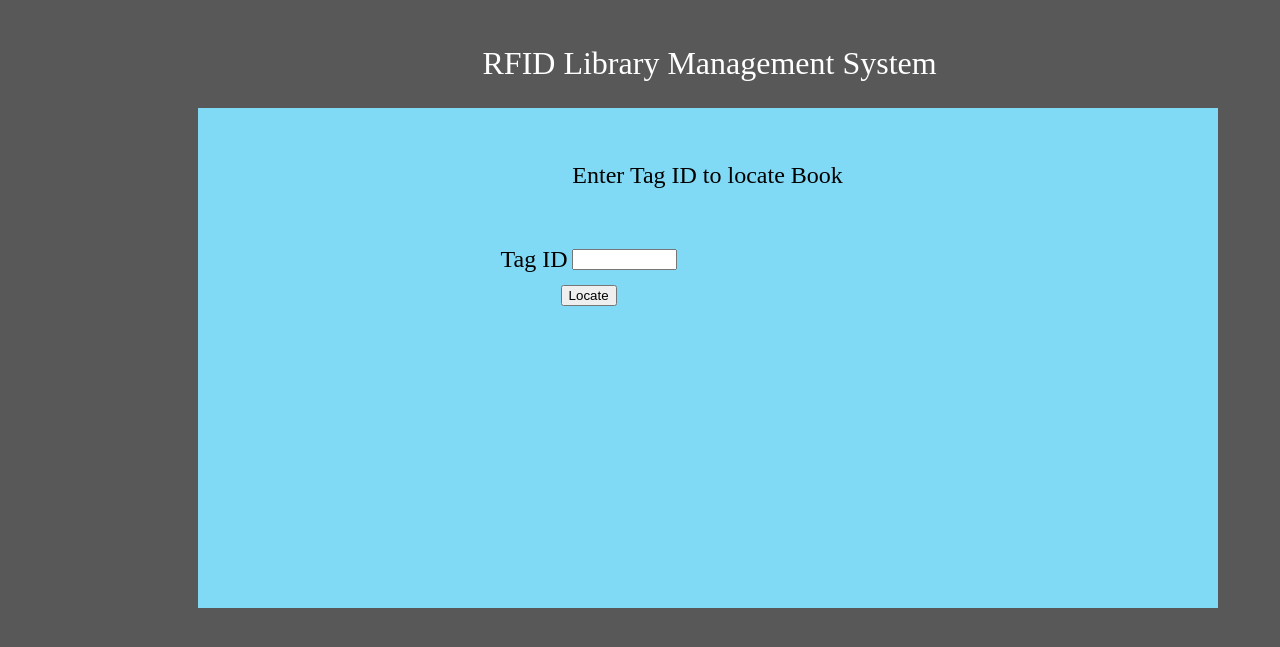
Repository: vigineshs/A-Smart-Data-Analyzer-for-Library-Management-System
Page: http://localhost/librarymgmt/locate.jsp
These files come from the project's save history. The page is drawn as it stood at one moment and after the next save; the edit follows.
The browser window is 1280 px wide. The pictures show the whole page.
The page is served by Tomcat 9.

Above is the page before, as saved 2013-02-10 12:12:26.

After the next save:
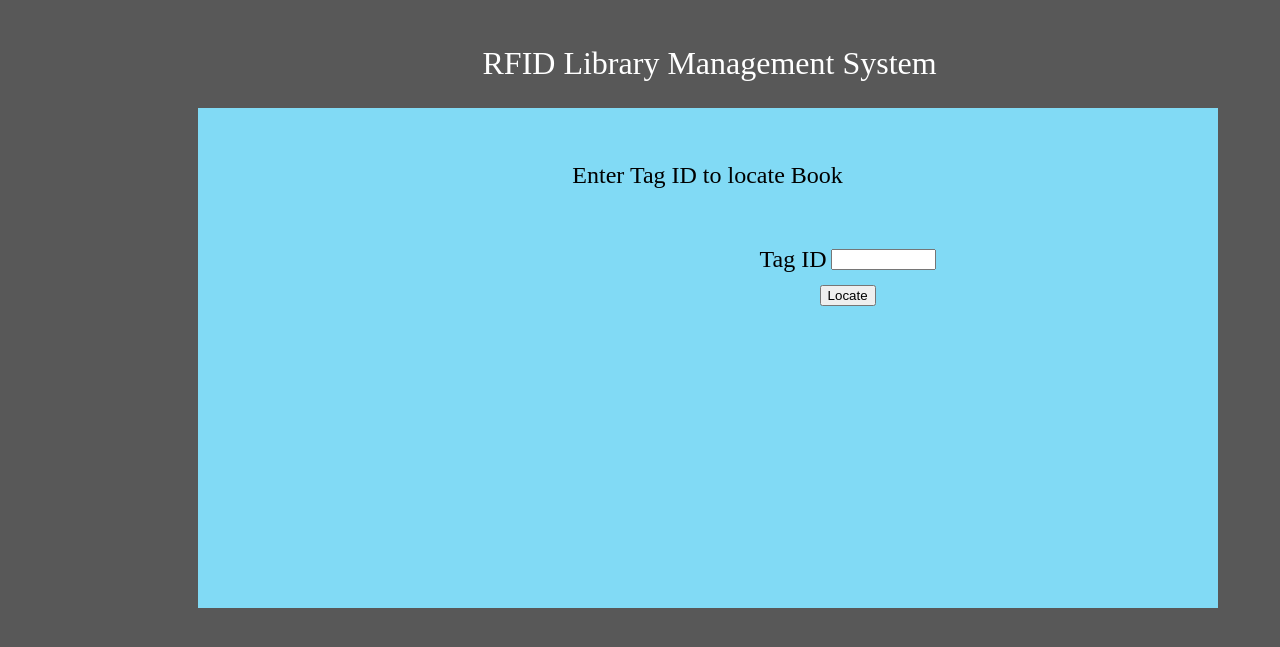
Saved 68 s later.
--- a/PassiveRFID/CS203-Version 1.0.6/Demo Applications/Dot Net C#/Demo Applications Source Code/RFID/librarymgmt/WebContent/locate.jsp
+++ b/PassiveRFID/CS203-Version 1.0.6/Demo Applications/Dot Net C#/Demo Applications Source Code/RFID/librarymgmt/WebContent/locate.jsp
@@ -30,11 +30,12 @@ Enter Tag ID to locate Book</center>
 	</div>
 	<div id="rcon">
 	<form method=GET action="http://localhost:8080/librarymgmt/location.jsp" onsubmit="return validateForm()" name=f1  ><br/><br/>
+	<center>
 <table>
 <tr><td>Tag ID</td><td><input type=text size=10 name="tag" /></td></tr>
 <tr><td></td><td></td></tr><tr><td></td><td></td></tr>
 <tr  ><td colspan="2"><center><input type=submit value=Locate /></center></td></tr>
-</table>
+</table></center>
 </form>
 	</div>
 </div>
